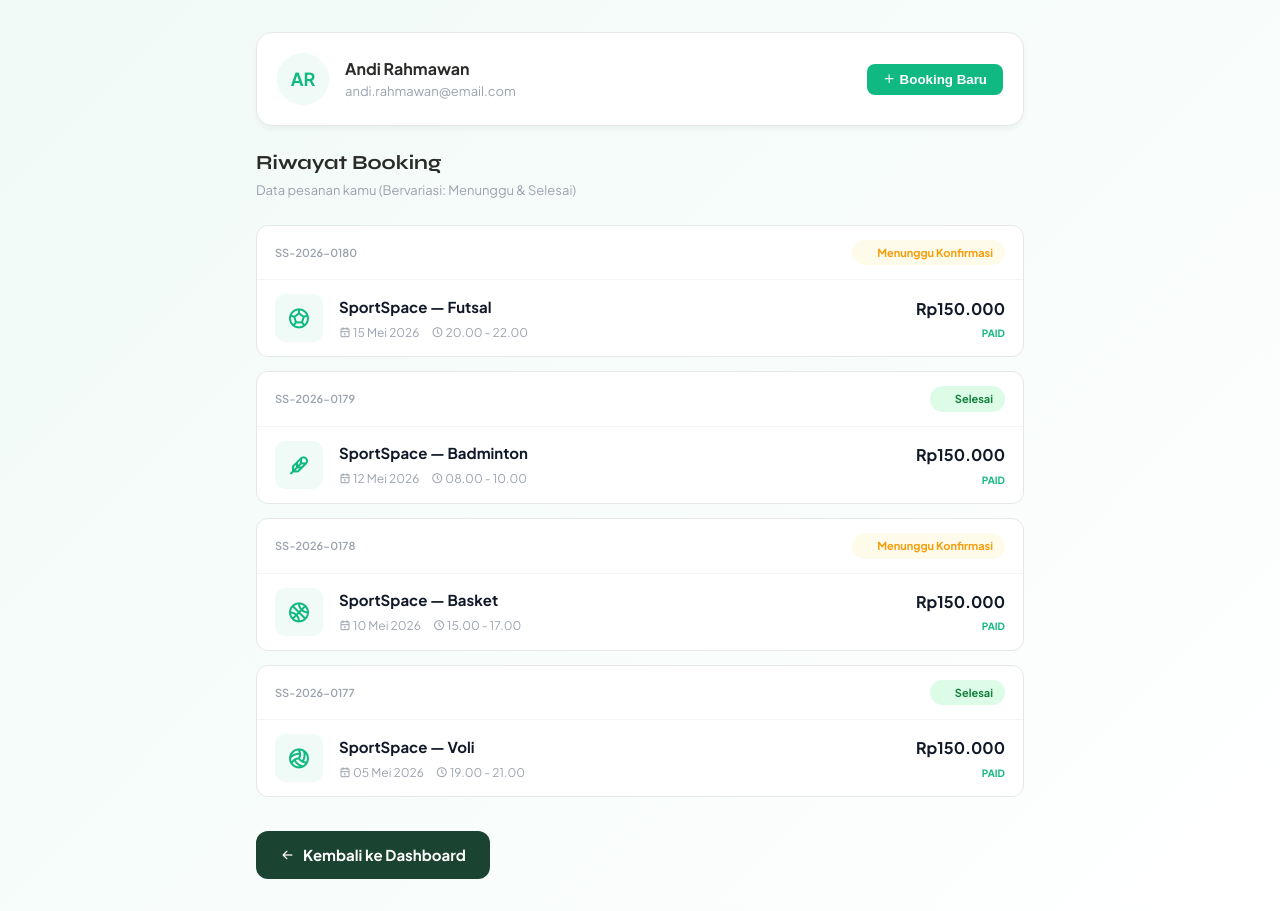
Repository: vira633/SportSpace
Page: riwayat.html
An editor plug-in stored every save of this project. The page is shown before and after the next save, followed by the edit.
The browser window is 1280 px wide. The pictures show the whole page.
Some web libraries are served in a nearby version.

Above is the page before, as saved 2026-05-15 13:07:34.

After the next save:
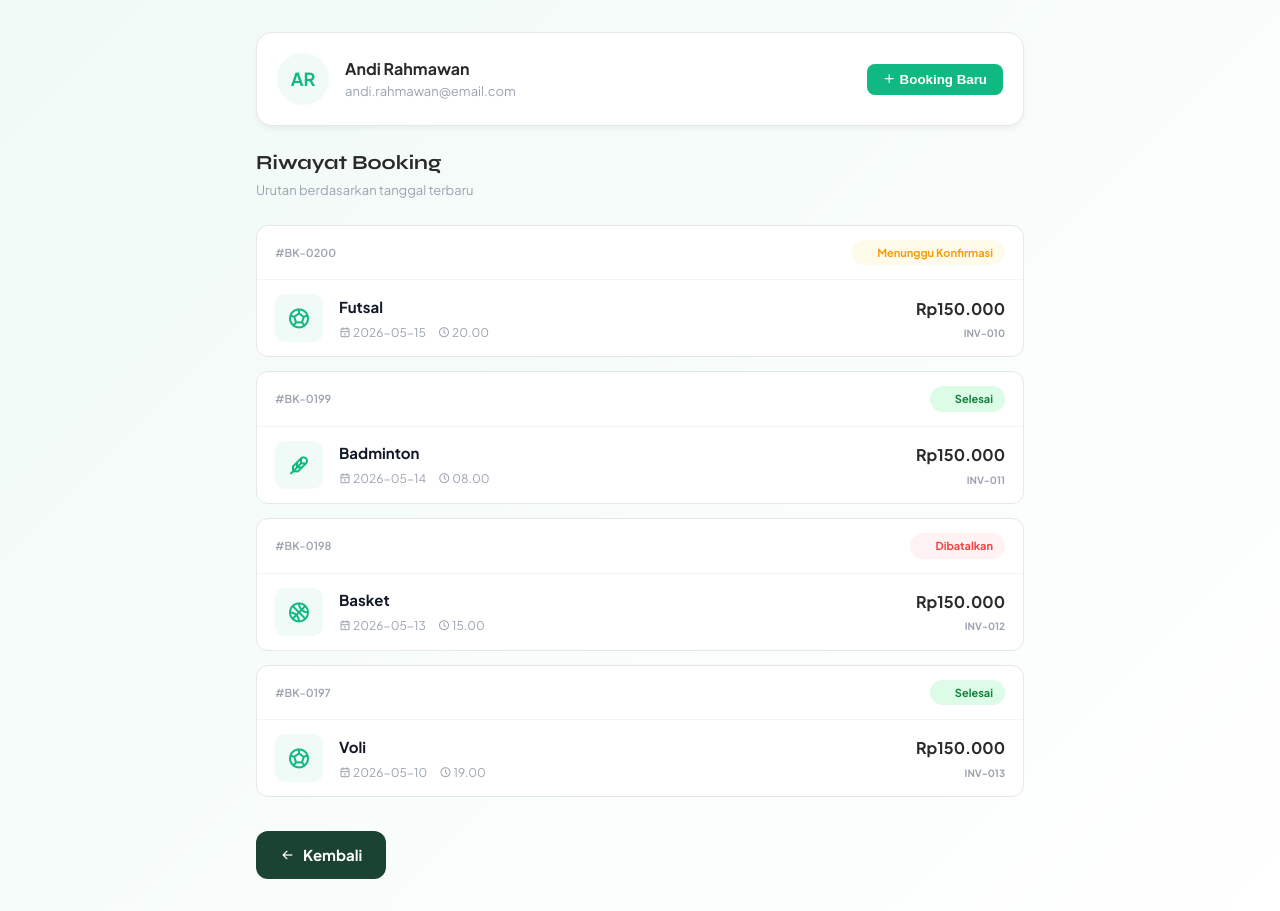
Saved 89 s later.
--- a/riwayat.html
+++ b/riwayat.html
@@ -11,6 +11,7 @@
       --green: #10b981; --green-light: #f0faf6; --white: #ffffff;
       --gray-100: #f3f4f6; --gray-200: #e5e7eb; --gray-400: #9ca3af;
       --gray-900: #111827; --amber: #f59e0b; --amber-light: #fffbeb;
+      --red: #ef4444; --red-light: #fef2f2;
     }
     body { background: linear-gradient(135deg, #f0faf6 0%, #ffffff 100%); min-height: 100vh; margin: 0; }
     .page-wrap { max-width: 800px; margin: 0 auto; padding: 32px 16px; font-family: 'Plus Jakarta Sans', sans-serif; }
@@ -32,8 +33,9 @@
     .badge { padding: 4px 12px; border-radius: 20px; font-size: 11px; font-weight: 700; display: flex; align-items: center; gap: 5px; }
     .badge-amber { background: var(--amber-light); color: var(--amber); }
     .badge-green { background: #dcfce7; color: #15803d; }
+    .badge-red { background: var(--red-light); color: var(--red); }
 
-    .btn-back { display: inline-flex; align-items: center; gap: 8px; background: #1b4332; color: white; padding: 12px 24px; border-radius: 12px; text-decoration: none; font-weight: 700; margin-top: 20px; transition: 0.3s; }
+    .btn-back { display: inline-flex; align-items: center; gap: 8px; background: #1b4332; color: white; padding: 12px 24px; border-radius: 12px; text-decoration: none; font-weight: 700; margin-top: 20px; }
   </style>
 </head>
 <body>
@@ -46,70 +48,65 @@
       <p style="font-size:13px; color:var(--gray-400); margin:0;">andi.rahmawan@email.com</p>
     </div>
     <div style="margin-left:auto;">
-      <a href="index.html" style="text-decoration:none;">
-        <button style="background:var(--green); color:white; border:none; padding:8px 16px; border-radius:8px; font-weight:600; cursor:pointer;">
-          <i class="ti ti-plus"></i> Booking Baru
-        </button>
-      </a>
+      <a href="index.html" style="text-decoration:none;"><button style="background:var(--green); color:white; border:none; padding:8px 16px; border-radius:8px; font-weight:600; cursor:pointer;"><i class="ti ti-plus"></i> Booking Baru</button></a>
     </div>
   </div>
 
   <h1 style="font-size:20px; text-align:left; margin-bottom:4px;">Riwayat Booking</h1>
-  <p style="font-size:13px; color:var(--gray-400); text-align:left; margin-bottom:24px;">Data pesanan kamu (Bervariasi: Menunggu & Selesai)</p>
+  <p style="font-size:13px; color:var(--gray-400); text-align:left; margin-bottom:24px;">Urutan berdasarkan tanggal terbaru</p>
 
-  <div id="booking-list">
-    </div>
+  <div id="booking-list"></div>
 
-  <a href="index.html" class="btn-back">
-    <i class="ti ti-arrow-left"></i> Kembali ke Dashboard
-  </a>
+  <a href="index.html" class="btn-back"><i class="ti ti-arrow-left"></i> Kembali</a>
 </div>
 
 <script>
   function muatRiwayat() {
     const list = document.getElementById('booking-list');
     const dataUser = JSON.parse(localStorage.getItem('riwayatSport')) || [];
+
     const dataSimulasi = [
-      { tgl: "15 Mei 2026", sport: "Futsal", jam: "20.00 - 22.00", icon: "ti-ball-football", badge: "badge-amber", label: "Menunggu Konfirmasi", iconStatus: "ti-clock-hour-4" },
-      { tgl: "12 Mei 2026", sport: "Badminton", jam: "08.00 - 10.00", icon: "ti-feather", badge: "badge-green", label: "Selesai", iconStatus: "ti-circle-check" },
-      { tgl: "10 Mei 2026", sport: "Basket", jam: "15.00 - 17.00", icon: "ti-ball-basketball", badge: "badge-amber", label: "Menunggu Konfirmasi", iconStatus: "ti-clock-hour-4" },
-      { tgl: "05 Mei 2026", sport: "Voli", jam: "19.00 - 21.00", icon: "ti-ball-volleyball", badge: "badge-green", label: "Selesai", iconStatus: "ti-circle-check" }
-    ];
-    const totalData = [
-      ...dataUser.reverse().map(item => ({
-        ...item,
-        badge: "badge-amber",
-        label: "Menunggu Konfirmasi",
-        iconStatus: "ti-clock-hour-4"
-      })),
-      ...dataSimulasi
+      { tgl: "2026-05-15", sport: "Futsal", jam: "20.00", badge: "badge-amber", label: "Menunggu Konfirmasi", icon: "ti-clock-hour-4" },
+      { tgl: "2026-05-14", sport: "Badminton", jam: "08.00", badge: "badge-green", label: "Selesai", icon: "ti-circle-check" },
+      { tgl: "2026-05-13", sport: "Basket", jam: "15.00", badge: "badge-red", label: "Dibatalkan", icon: "ti-ban" },
+      { tgl: "2026-05-10", sport: "Voli", jam: "19.00", badge: "badge-green", label: "Selesai", icon: "ti-circle-check" }
     ];
 
+    const formattedUser = dataUser.map(item => ({
+      tgl: item.tgl,
+      sport: item.sport,
+      jam: item.jam,
+      badge: "badge-amber",
+      label: "Menunggu Konfirmasi",
+      icon: "ti-clock-hour-4"
+    }));
+
+    const totalData = [...formattedUser, ...dataSimulasi];
+    totalData.sort((a, b) => new Date(b.tgl) - new Date(a.tgl));
+
     list.innerHTML = totalData.map((item, index) => {
-      let iconSport = item.icon || "ti-ball-football";
-      if(item.sport === "Badminton") iconSport = "ti-feather";
-      if(item.sport === "Basket") iconSport = "ti-ball-basketball";
+      let iconSport = "ti-ball-football";
+      if(item.sport.includes("Badminton")) iconSport = "ti-feather";
+      if(item.sport.includes("Basket")) iconSport = "ti-ball-basketball";
 
       return `
         <div class="booking-card">
           <div class="booking-header">
-            <span style="font-size:11px; color:var(--gray-400); font-weight:600;">SS-2026-0${180 - index}</span>
-            <span class="badge ${item.badge}"><i class="${item.iconStatus}"></i> ${item.label}</span>
+            <span style="font-size:11px; color:var(--gray-400); font-weight:600;">#BK-0${200 - index}</span>
+            <span class="badge ${item.badge}"><i class="${item.icon}"></i> ${item.label}</span>
           </div>
           <div class="booking-body">
-            <div class="booking-icon" style="background:var(--green-light); color:var(--green);">
-              <i class="ti ${iconSport}"></i>
-            </div>
+            <div class="booking-icon" style="background:var(--green-light); color:var(--green);"><i class="ti ${iconSport}"></i></div>
             <div class="booking-info">
-              <div class="booking-name">SportSpace — ${item.sport}</div>
+              <div class="booking-name">${item.sport}</div>
               <div class="booking-meta">
                 <span><i class="ti ti-calendar"></i> ${item.tgl}</span>
                 <span><i class="ti ti-clock"></i> ${item.jam}</span>
               </div>
             </div>
             <div style="text-align:right;">
-              <div style="font-size:16px; font-weight:700; color:var(--gray-900);">Rp150.000</div>
-              <div style="font-size:10px; color:var(--green); font-weight:800; margin-top:4px;">PAID</div>
+              <div style="font-size:16px; font-weight:700;">Rp150.000</div>
+              <div style="font-size:10px; color:var(--gray-400); font-weight:700; margin-top:4px;">INV-0${index + 10}</div>
             </div>
           </div>
         </div>
@@ -119,6 +116,5 @@
 
   window.onload = muatRiwayat;
 </script>
-
 </body>
 </html>
